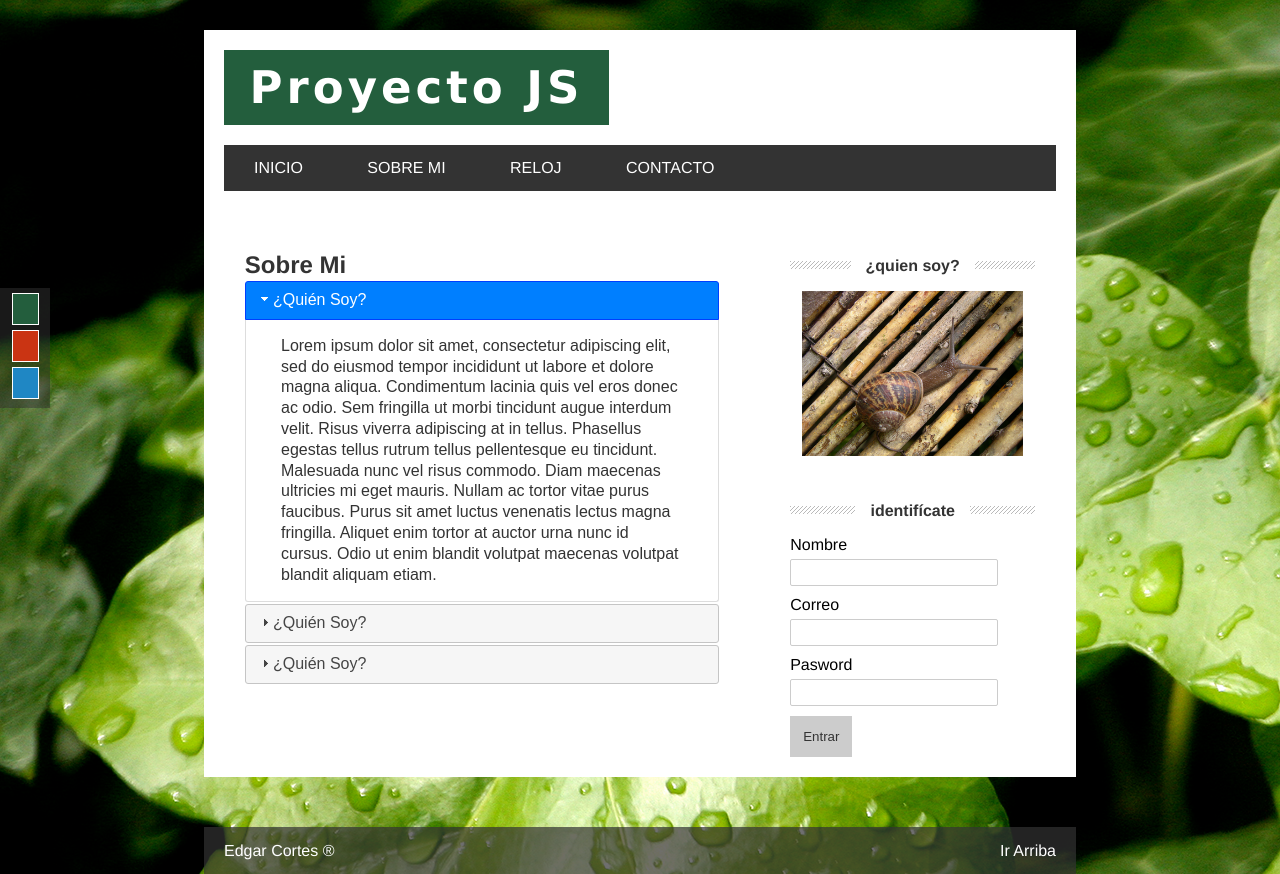
Repository: eucortes/demopage
Page: javascript/Proyecto/About.html
These files come from the project's save history. The page is drawn as it stood at one moment and after the next save; the edit follows.
The browser window is 1280 px wide. The pictures show the whole page.
Backgrounds fixed to the window are drawn as part of the page. Some web libraries are served in a nearby version.

Above is the page before, as saved 2019-09-24 18:43:00.

### javascript/Proyecto/About.html
<!DOCTYPE html>
<html lang="es">

<head>
    <meta charset="UTF-8">
    <meta name="viewport" content="width=device-width, initial-scale=1.0">
    <meta http-equiv="X-UA-Compatible" content="ie=edge">
    <!--
    <meta charset="ISO-8859-1">
         <meta http-equiv="Content-Type" content="text/html;charset=UTF-8" />
        <meta http-equiv="Content-Language" content="es" />
  -->
    <title>Proyecto con Javascript</title>
    <!--Estilos CSS-->
    <link rel="stylesheet" href="css/styles.css">
    <link rel="stylesheet" href="css/styles-about.css">
    <link id="theme" rel="stylesheet" href="css/green.css">
    <!--JQuery-->
    <script src="https://ajax.googleapis.com/ajax/libs/jquery/3.1.1/jquery.min.js"></script>

    <!--JQuery UI-->
    <link rel="stylesheet" href="js/jquery-ui/jquery-ui.min.css" />
    <link rel="stylesheet" href="js/jquery-ui/jquery-ui.structure.min.css" />
    <link rel="stylesheet" href="js/jquery-ui/jquery-ui.theme.min.css" />

    <script type="text/javascript" src="js/jquery-ui/jquery-ui.min.js"></script>




    <!--Mis Scripts-->
    <script type="text/javascript" src="js/about.js"></script>
</head>

<body>
    <div id='theme-selector'>
        <div id='to-green'></div>
        <div id='to-red'></div>
        <div id='to-blue'></div>
    </div>
    <section id='global'>
        <header>
            <div id='logo'>
                <h1>Proyecto JS</h1>
            </div>
            <div class='clearfix'></div>
            <nav id='menu'>
                <ul>
                    <li><a href="index.html">Inicio</a></li>
                    <li><a href="about.html">Sobre Mi</a></li>
                    <li><a href="#">Reloj</a></li>
                    <li><a href="#">Contacto</a></li>
                </ul>
            </nav>
        </header>
        <!--
    slider
-->

        <section id='content'>
            <div id='box'>
                <!--Cargar acordeon-->
                <h2>Sobre Mi</h2>
                <div id='acordeon'>
                    <h3>¿Quién Soy?</h3>
                    <div>
                        <p>
                            Lorem ipsum dolor sit amet, consectetur adipiscing elit, sed do eiusmod tempor incididunt ut
                            labore et dolore magna
                            aliqua. Condimentum lacinia quis vel eros donec ac odio. Sem fringilla ut morbi tincidunt
                            augue interdum velit. Risus
                            viverra adipiscing at in tellus. Phasellus egestas tellus rutrum tellus pellentesque eu
                            tincidunt. Malesuada nunc vel
                            risus commodo. Diam maecenas ultricies mi eget mauris. Nullam ac tortor vitae purus
                            faucibus. Purus sit amet luctus
                            venenatis lectus magna fringilla. Aliquet enim tortor at auctor urna nunc id cursus. Odio ut
                            enim blandit volutpat
                            maecenas volutpat blandit aliquam etiam.
                        </p>
                    </div>
                    <h3>¿Quién Soy?</h3>
                    <div>
                        <p>
                            Lorem ipsum dolor sit amet, consectetur adipiscing elit, sed do eiusmod tempor incididunt ut
                            labore et dolore magna
                            aliqua. Condimentum lacinia quis vel eros donec ac odio. Sem fringilla ut morbi tincidunt
                            augue interdum velit. Risus
                            viverra adipiscing at in tellus. Phasellus egestas tellus rutrum tellus pellentesque eu
                            tincidunt. Malesuada nunc vel
                            risus commodo. Diam maecenas ultricies mi eget mauris. Nullam ac tortor vitae purus
                            faucibus. Purus sit amet luctus
                            venenatis lectus magna fringilla. Aliquet enim tortor at auctor urna nunc id cursus. Odio ut
                            enim blandit volutpat
                            maecenas volutpat blandit aliquam etiam.
                        </p>
                    </div>
                    <h3>¿Quién Soy?</h3>
                    <div>
                        <p>
                            Lorem ipsum dolor sit amet, consectetur adipiscing elit, sed do eiusmod tempor incididunt ut
                            labore et dolore magna
                            aliqua. Condimentum lacinia quis vel eros donec ac odio. Sem fringilla ut morbi tincidunt
                            augue interdum velit. Risus
                            viverra adipiscing at in tellus. Phasellus egestas tellus rutrum tellus pellentesque eu
                            tincidunt. Malesuada nunc vel
                            risus commodo. Diam maecenas ultricies mi eget mauris. Nullam ac tortor vitae purus
                            faucibus. Purus sit amet luctus
                            venenatis lectus magna fringilla. Aliquet enim tortor at auctor urna nunc id cursus. Odio ut
                            enim blandit volutpat
                            maecenas volutpat blandit aliquam etiam.
                        </p>
                    </div>


                </div>
            </div>
            <aside id='sidebar'>
                <div id='about'>
                    <h4><span>¿quien soy?</span></h4>
                    <img src="img/caracol.jpg" />
                    <p>Aliquam sem et tortor consequat id porta nibh venenatis. Neque volutpat ac tincidunt vitae
                        semper
                    </p>
                </div>
                <div id='login'>
                    <h4><span>identifícate</span></h4>
                    <form action="">
                        <label for='name'>Nombre</label>
                        <input type="text" name="name" id='form_name'>
                        <label for='email'>Correo</label>
                        <input type="text" name="email" id='form_email'>
                        <label for='password'>Pasword</label>
                        <input type="password" name="password" id='form_password'>
                        <input type="submit" value="Entrar" id='boton_entrar'>
                    </form>
                </div>
            </aside>
            <div class='clearfix'></div>
        </section>
    </section>
    <footer>
        Edgar Cortes ®
        <a href="#" class="subir">Ir Arriba</a>
    </footer>
</body>

</html>

### javascript/Proyecto/css/styles.css
* {
    margin: 0px;
    padding: 0px;
    list-style: none;
}

body {
    background: url('../img/hojas.jpg');
    background-attachment: fixed;
}

#global {
    width: 65%;
    margin: 0px auto;
    margin-top: 30px;
    padding: 20px;
    background: white;
    box-shadow: 0px, 0px, 2px, gray
}

h2{
    font-size: 30;
    color: #333;
        font-family: Helvetica, Arial, sans-serif

}
#logo {
    font-family: "Verdana", "Arial";
    font-size: 30px;
    letter-spacing: 4px;
    line-height: 75px;
    background: #235e3d;
    color: white;
    text-align: center;
    width: 385px;
    height: 90;
    float: left;
    margin-bottom: 20px;
}

.clearfix {
    float: none;
    clear: both;
}

#menu {
    font-family: Helvetica, Arial, sans-serif;
    background: #333;
    text-transform: uppercase;
    margin-bottom: 20px;
}

#menu ul {
    line-height: 46px;
    list-style: none;
}

#menu ul li {
    height: 46px;
    display: inline-block;
    transition: all 300ms;
}

#menu ul li:hover {
    background: #235e3d;

}

#menu a {
    display: block;
    color: white;
    text-decoration: none;
    padding-left: 30px;
    padding-right: 30px;
}

#content {
    width: 95%;
    margin: 0px auto;
}

#posts {
    width: 60%;
    float: left;
    font-family: Helvetica, Arial, sans-serif
}

.post {
    padding: 7px;
}

.post h2 {
    font-size: 30;
    color: #333;

}

.post .fecha {
    display: block;
    color: gray;
    margin-top: 5px;
}

.post p {
    margin-top: 10px;
    margin-bottom: 20px;
    line-height: 22px;
    text-align: justify;
}

.button-more {
    font-size: 14px;
    text-align: center;
    display: block;
    padding: 15px;
    background: #235e3d;
    color: white;
    text-decoration: none;
    margin-top: 10px;
    width: 75px;
    margin-bottom: 20px;

}

#sidebar {
    font-family: Helvetica, Arial, sans-serif;
    width: 31%;
    float: right;

}

#sidebar h4 {
    margin-top: 50px;
    margin-bottom: 20px;
    text-align: center;
    line-height: 10px;
    color: #333;
    background: url("../img/lines.png") repeat-x;
}

#sidebar h4 span {
    background: white;
    padding: 15px;
}

#sidebar img {
    width: 90%;
    display: block;
    margin-left: auto;
    margin-right: auto;
}

#sidebar p {
    font-size: 15px;
    text-align: justify;
}
form input[type='text'],
form input[type='password'],
form input[type='email']{
    padding: 5px;
    border-radius: 2px;
    border: 1px solid #ccc;
    width: 80%;
    margin-bottom: 10px;
    margin-top: 5px;
}
form input[type='submit']{
    background: #ccc;
    padding: 10px;
    border: solid #ccc;
    color: #333;
    cursor: pointer;
}
footer{
    font-family: Helvetica, Arial, sans-serif;
    color: white;
    height: 47px;
    background: rgba(51,51,51,0.70);
    margin: 0px auto;
    width: 65%;
    padding-left: 20px;
    padding-right: 20px;
    margin-top: 50px;
    line-height: 47px;
}
.bx-wrapper, .bx-viewport{
    height: 250px !important;

}
#theme-selector{
    position: fixed;
    top:40%;
    background: rgba(51,51,51,0.5);
    width:50px;
    height: 120px;
}
#to-green,
#to-red,
#to-blue{
    width: 25px;
    height: 30px;
    border: 1px solid white;
    display: block;
   margin: 0px auto;
   margin-top: 5px;
   margin-bottom: 5px;
   cursor: pointer;
}
#to-green{
    background: #235e3d;
}
#to-red{
    background: #ca3413;
}#to-blue{
    background: #1f87c4;
}
.subir{
    color: white;
    text-decoration: none;
    display: block;
    float: right;

}

### javascript/Proyecto/css/styles-about.css
#box{
    width: 60%;
    float: left;
    margin-top: 40px;
}
#box h2{
    font-size: 30;
    color: #333;
}

### javascript/Proyecto/css/green.css
body {
    background: url('../img/hojas.jpg');
    background-attachment: fixed;
}

#logo {
    background: #235e3d;
}
#menu ul li:hover {
    background: #235e3d;
}

.button-more {
    background: #235e3d;
}

### javascript/Proyecto/js/about.js
$(document).ready(function () {

    //selector de tema
    let theme = $("#theme")

    $("#to-green").click(function () {
        theme.attr("href", "css/green.css")
    })
    $("#to-blue").click(function () {
        theme.attr("href", "css/blue.css")
    })
    $("#to-red").click(function () {
        theme.attr("href", "css/red.css")
    })

    //scroll arriba
    $(".subir").click(function (e) {
        e.preventDefault();
        $("html, body").animate({
            scrollTop: 0
        }, 500);
        return false;
    });

    //login false
    $("#login form").submit(function (e) {
        ///  $("boton_entrar").click(function(e){
        //     e.preventDefault()
        let form_name = $("#form_name").val();
        localStorage.setItem("form_name", form_name)
        //    console.log(form_name)

    })


    function ActualizaLogin() {
        let form_name = localStorage.getItem("form_name")
        if (form_name != null && form_name != undefined) {
            let about_parrafo = $("#about p")
            about_parrafo.html("<br><strong>Bienvenido " + form_name + "</strong><br>");
            about_parrafo.append("<a href='#' id='logout'>Cerrar Sesión</a>")
            $("#login").hide()
        } else {
            let about_parrafo = $("#about p")
            about_parrafo.html("");
            $("#login").show()

        }
    }
    ActualizaLogin()

    $("#logout").click(function (e) {
        e.preventDefault();
        localStorage.removeItem("form_name")
        //  location.reload
        ActualizaLogin()
        return false;
    })
    $("#acordeon").accordion()


})

Loaded but not shown: javascript/Proyecto/js/jquery-ui/jquery-ui.min.css (library); javascript/Proyecto/js/jquery-ui/jquery-ui.structure.min.css (library); javascript/Proyecto/js/jquery-ui/jquery-ui.theme.min.css (library); javascript/Proyecto/js/jquery-ui/jquery-ui.min.js (library)

After the next save:
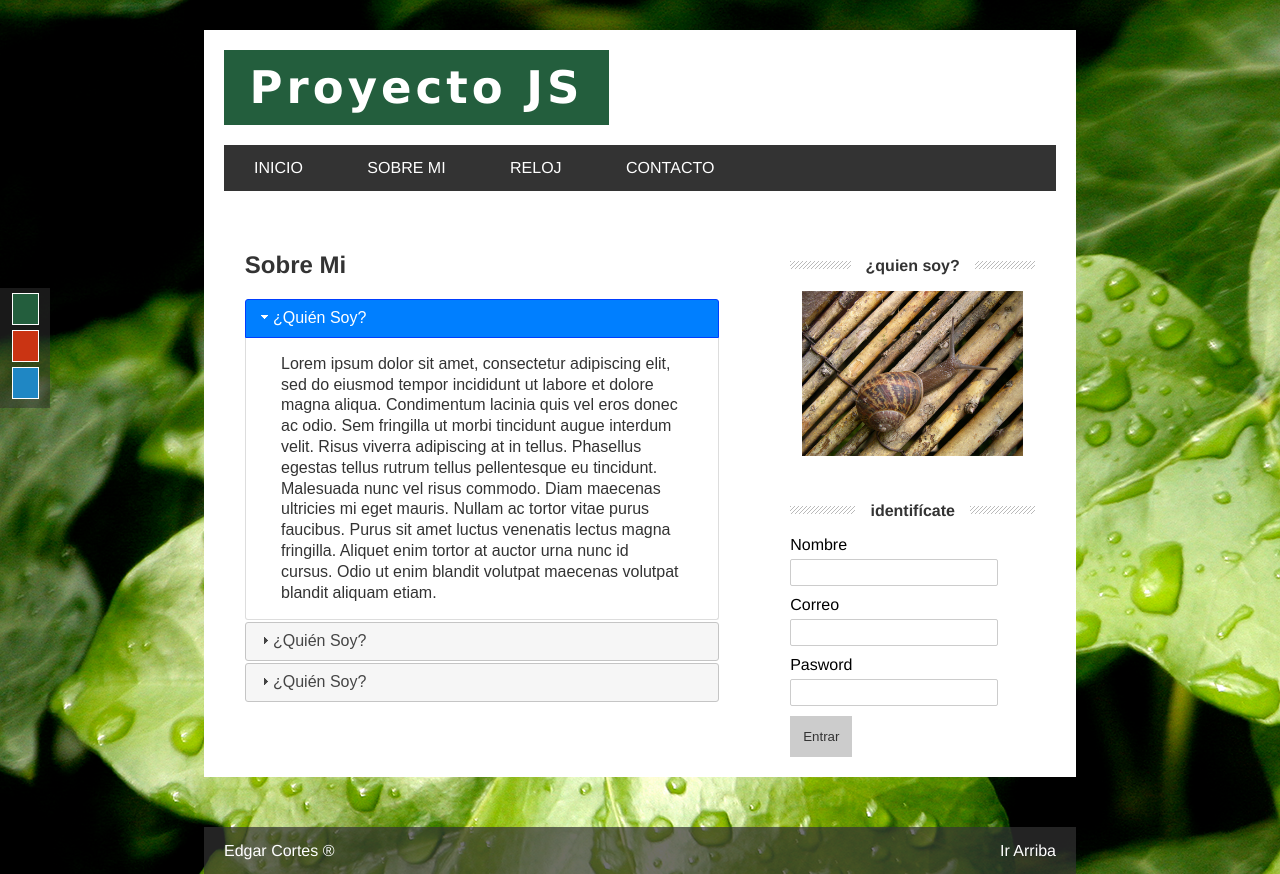
Saved 61 s later.
--- a/javascript/Proyecto/css/styles-about.css
+++ b/javascript/Proyecto/css/styles-about.css
@@ -3,7 +3,6 @@
     float: left;
     margin-top: 40px;
 }
-#box h2{
-    font-size: 30;
-    color: #333;
+#acordeon{
+    margin-top: 20px;
 }
